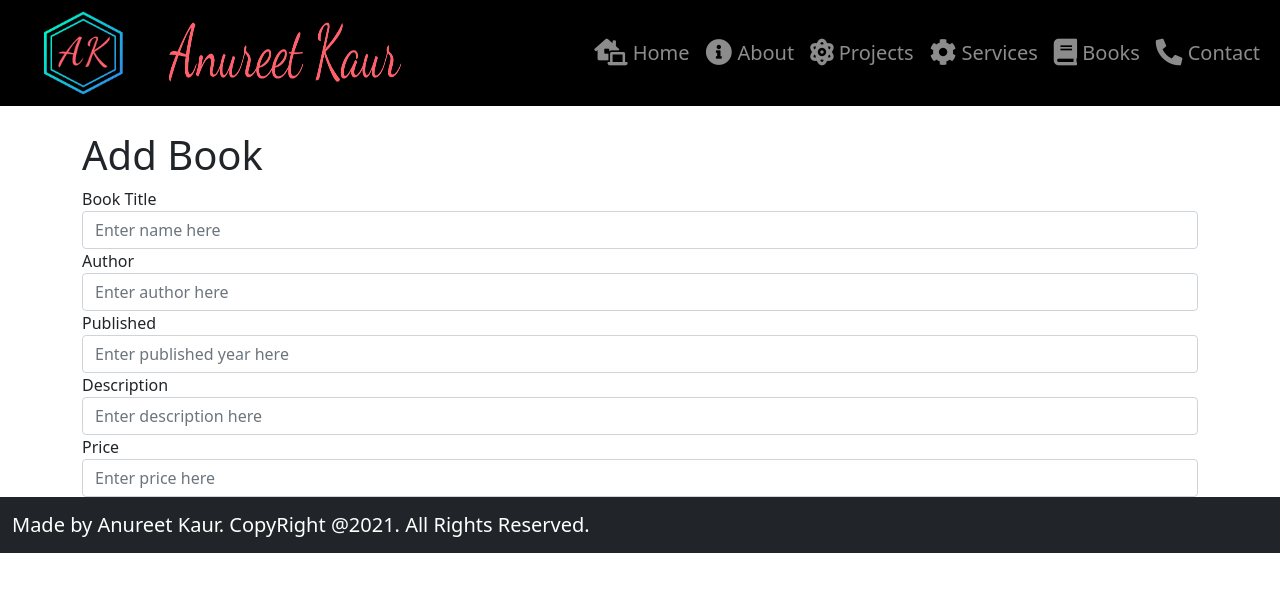
Repository: Anureet23/Portfolio_Authentication
Page: http://localhost/book-list/add
The author's editor kept a copy of each file at every save. The page is drawn from the files as they stood at one save, then again after the next save.
The browser window is 1280 px wide. The pictures show the whole page.
The page is served by the project's Node server (server.js). Other server files are loaded and not shown.

Above is the page before, as saved 2021-06-16 19:48:13.

### server/views/book/add.ejs
<!--Header Partial Included -->
<% include ../partials/header.ejs %>

<!--Top Navbar Partial Included -->
<% include ../partials/navbar.ejs %>


<!--Content for ADD Page -->
<div class="container">
    <div class="row">
        <div class="offset md-3 col-md-6"></div>
        <h1><%= title%></h1>

        <form class="form" method="POST">
        <div class="form-group">
            <label for="nameTextField">Book Title</label>
            <input type="text" class="form-control" id="nameTextField" placeholder="Enter name here" name="name" required>
        </div>

        <div class="form-group">
            <label for="authorTextField">Author</label>
            <input type="text" class="form-control" id="authorTextField" placeholder="Enter author here" name="author" required>
        </div>

        <div class="form-group">
            <label for="publishedTextField">Published</label>
            <input type="text" class="form-control" id="publishedTextField" placeholder="Enter published year here" name="published" required>
        </div>

        <div class="form-group">
            <label for="descriptionTextField">Description</label>
            <input type="text" class="form-control" id="descriptionTextField" placeholder="Enter description here" name="description" required>
        </div>

        <div class="form-group">
            <label for="priceTextField">Price</label>
            <input type="text" class="form-control" id="nameTextField" placeholder="Enter price here" name="price" required>
        </div>

        </form>
    </div>
</div>

 <!--Bottom Navbar Partial Included -->
 <% include ../partials/bottomnavbar.ejs %>

<!--Footer Partial Included -->
 <% include ../partials/footer.ejs %>

### server/views/partials/header.ejs
<!--Header Partial -->
<!DOCTYPE html>
<html lang="en">
<head>
  <meta charset="UTF-8">
  <meta http-equiv="X-UA-Compatible" content="IE=edge">
  <meta name="viewport" content="width=device-width, initial-scale=1.0">
  <title><%= title %></title>

  <!--CSS Section-->
  <link rel='stylesheet' href='/bootstrap/dist/css/bootstrap.min.css' />
  <link rel="stylesheet" href="/@fortawesome/fontawesome-free/css/all.min.css">

  <link rel='stylesheet' href='/Content/app.css' />
</head>
<body>

### server/views/partials/navbar.ejs
 <!--Top Nav Bar Partial-->

  <nav class="navbar navbar-expand-lg navbar-dark" style="font-size:20px;background-color:black!important">
    <div class="container-fluid" style="background-color:black">
     <img src="/Assests/images/Logo.PNG" height="90px" width="150px"> <img src="/Assests/images/Name.PNG" height="75px" width="240px" >
           <button class="navbar-toggler" type="button" data-bs-toggle="collapse" data-bs-target="#navbarSupportedContent" aria-controls="navbarSupportedContent" aria-expanded="false" aria-label="Toggle navigation">
        <span class="navbar-toggler-icon"></span>
      </button>

      <div class="collapse navbar-collapse" id="navbarSupportedContent">
        <ul class="navbar-nav ms-auto mb-2 mb-lg-0">

        <li class="nav-item">
        <a class="nav-link" aria-current="page" href="/home"><i class="fas fa-lg fa-laptop-house"></i> Home</a>
        </li>


           <li class="nav-item">
          <a class="nav-link " href="/about"> <i class="fas fa-lg fa-info-circle"></i> About</a>
          </li>

          <li class="nav-item">
            <a class="nav-link "  href="/projects"> <i class="fas fa-lg fa-atom"></i> Projects</a>
          </li>

          <li class="nav-item">
            <a class="nav-link"  href="/services"> <i class="fas fa-lg fa-cog"></i>  Services</a>
          </li>


          <li class="nav-item">
            <a class="nav-link"  href="/book-list"><i class="fas fa-lg fa-book"></i> Books</a>
          </li>

          <li class="nav-item">
            <a class="nav-link"  href="/contact"><i class="fas fa-lg fa-phone-alt"></i> Contact</a>
          </li>

      </div>
    </div>
  </nav>

### server/views/partials/bottomnavbar.ejs
<!--Bottom Navbar Partial-->

<nav class="navbar sticky-bottom navbar-dark bg-dark " >

  <div class="container-fluid">
    <a class="navbar-brand"  >Made by Anureet Kaur. CopyRight @2021. All Rights Reserved.</a>
  </div>
</nav>

### server/views/partials/footer.ejs
<!--Footer Partial-->
<!--JS Section-->
  <script src="/jquery/dist/jquery.min.js"></script>
  <script src="/bootstrap/dist/js/bootstrap.min.js"></script>
  <script src="/Scripts/app.js"></script>

</body>
</html>

### server.js
#!/usr/bin/env node
/* FileName :server.js */
/* StudentName :Anureet Kaur */
/* Student Id :301174444 */
/* Date : 4/06/2021 */
/**
 * Module dependencies.
 */

var app = require('./server/config/app');
var debug = require('debug')('express site:server');
var http = require('http');

/**
 * Get port from environment and store in Express.
 */

var port = normalizePort(process.env.PORT || '3000');
app.set('port', port);

/**
 * Create HTTP server.
 */

var server = http.createServer(app);

/**
 * Listen on provided port, on all network interfaces.
 */

server.listen(port);
server.on('error', onError);
server.on('listening', onListening);

/**
 * Normalize a port into a number, string, or false.
 */

function normalizePort(val) {
  var port = parseInt(val, 10);

  if (isNaN(port)) {
    // named pipe
    return val;
  }

  if (port >= 0) {
    // port number
    return port;
  }

  return false;
}

/**
 * Event listener for HTTP server "error" event.
 */

function onError(error) {
  if (error.syscall !== 'listen') {
    throw error;
  }

  var bind = typeof port === 'string'
    ? 'Pipe ' + port
    : 'Port ' + port;

  // handle specific listen errors with friendly messages
  switch (error.code) {
    case 'EACCES':
      console.error(bind + ' requires elevated privileges');
      process.exit(1);
      break;
    case 'EADDRINUSE':
      console.error(bind + ' is already in use');
      process.exit(1);
      break;
    default:
      throw error;
  }
}

/**
 * Event listener for HTTP server "listening" event.
 */

function onListening() {
  var addr = server.address();
  var bind = typeof addr === 'string'
    ? 'pipe ' + addr
    : 'port ' + addr.port;
  debug('Listening on ' + bind);
}

### server/routes/book.js
let express = require('express');
let router = express.Router();
let mongoose = require('mongoose');

//Connect to book model
let Book = require('../models/book');

/* GET Route for Book list*/

router.get('/',(req,res,next)=>{
    Book.find((err,bookList)=>{
        if(err)
        {
            return console.error(err);
        }
        else{
            //console.log(BookList);

            res.render('book/list',{title:'Books', BookList : bookList});
        }
    });
});


/* GET Route for displaying Add Page- CREATE Operation*/
router.get('/add', (req, res, next) => {
    res.render('book/add',{title:'Add Book'});
});

/* POST Route for processing Add Page- CREATE Operation*/
router.post('/add', (req, res, next) => {
   let newBook = Book({
          "name" : req.body.name,
          "author":req.body.author,
          "published": req.body.published,
          "description" : req.body.description,
          "price": req.body.price
   });

   Book.create(newBook,(err,Book)=> {
    if(err){
        console.log(err);
        res.end(err);
    }
    else{
        //refresh the book list
        res.redirect('/book-list');
    }
   });

});
/* GET Route for displaying Edit Page- UPDATE Operation*/
router.get('/edit/:id', (req, res, next) => {
       let id = req.params.id;

       Book.findById(id,(err,bookToEdit) => {

        if(err){
            console.log(err);
            res.end(err);
        }
        else{

            //show the edit view
            res.render('book/edit', {title: 'Edit Book',book:bookToEdit})
        }

       });
});
/* POST Route for processing Edit Page- UPDATE Operation*/
router.post('/edit/:id', (req, res, next) => {

let id = req.params.id;
let updatedBBook = Book({
    "_id":id,
    "name" : req.body.name,
    "author":req.body.author,
    "published": req.body.published,
    "description" : req.body.description,
    "price": req.body.price
});

Book.updateOne({_id: id},updatedBBook,(err) =>{
    if(err){
        console.log(err);
        res.end(err);
    }
    else{
       //refresh the book list
       res.redirect('/book-list');
    }
});

});
/* GET Route for perform Deletion- DELETE Operation*/
router.get('/delete/:id', (req, res, next) => {

    let id = req.params.id;
    Book.remove({_id: id},(err) =>{
        if(err){
            console.log(err);
            res.end(err);
        }
        else{
           //refresh the book list
           res.redirect('/book-list');
        }
    });
});

module.exports = router;

### public/Content/app.css
/* FileName :app.css */
/* StudentName :Anureet Kaur */
/* Student Id :301174444 */
/* Date : 4/06/2021 */
.center {
    text-align: center;
  }
  .container{
	margin-top: 25px;

}
.headerText{
    text-align: center;
}

### public/Scripts/app.js
/* FileName :app.js */
/* StudentName :Anureet Kaur */
/* Student Id :301174444 */
/* Date : 4/06/2021 */
(function(){


    function Start(){
        console.log("App Started.....");
    }

    window.addEventListener("load",Start);

})();

After the next save:
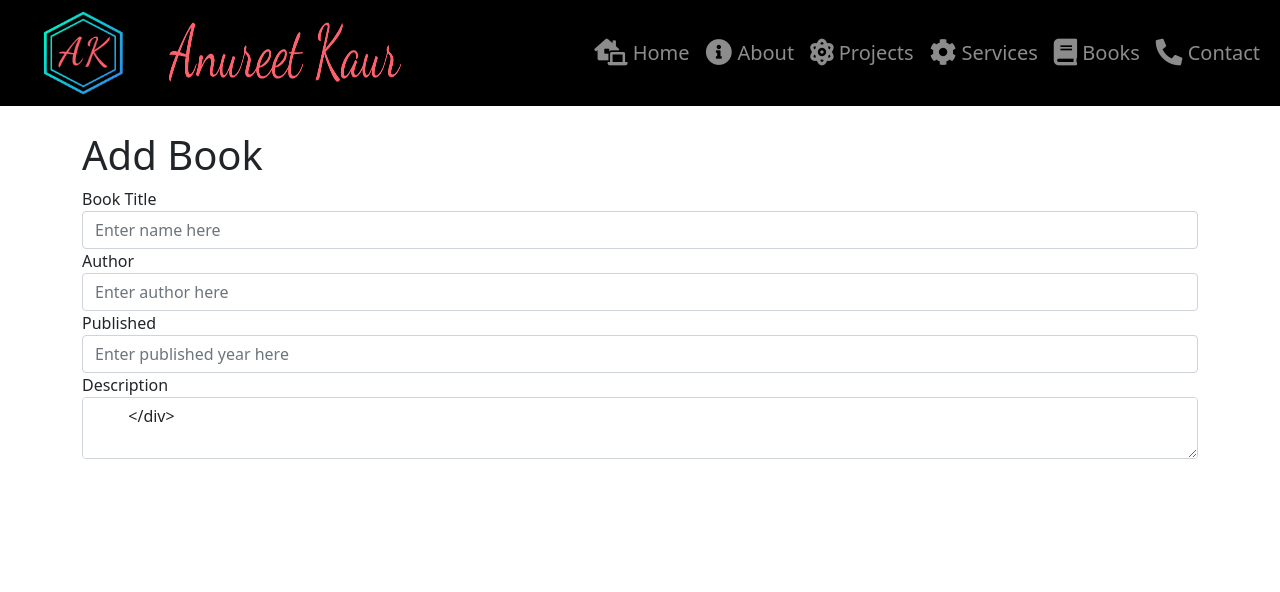
Saved 56 s later.
--- a/server/views/book/add.ejs
+++ b/server/views/book/add.ejs
@@ -29,7 +29,7 @@
 
         <div class="form-group">
             <label for="descriptionTextField">Description</label>
-            <input type="text" class="form-control" id="descriptionTextField" placeholder="Enter description here" name="description" required>
+            <textarea type="text" class="form-control" id="descriptionTextField" placeholder="Enter description here" name="description" required>
         </div>
 
         <div class="form-group">
